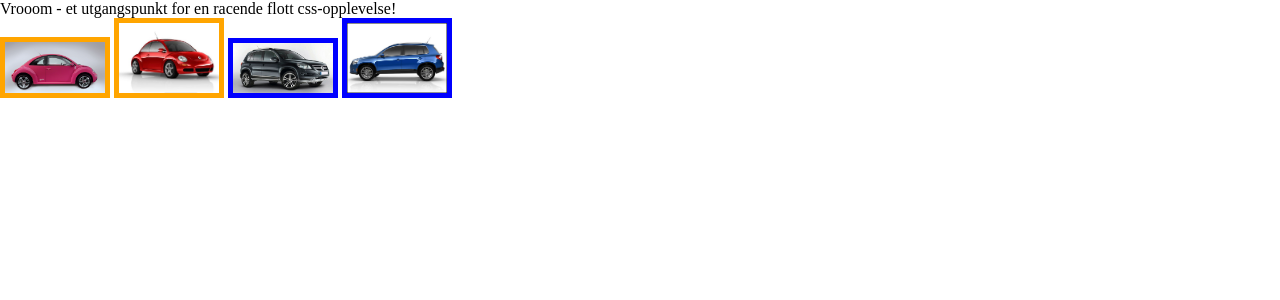
Repository: mesan/css-kurs
Page: kode/wroom/index.html
An editor plug-in stored every save of this project. The page is shown before and after the next save, followed by the edit.
The browser window is 1280 px wide. The pictures show the whole page.

Above is the page before, as saved 2013-01-17 11:07:06.

### kode/wroom/index.html
<!DOCTYPE html>
<html lang="en">
	<head>
		<meta charset="utf-8" />
		<link rel="stylesheet" type="text/css" href="styles/reset.css"/>
		<link rel="stylesheet" type="text/css" href="styles/examples.css"/>

		<!-- Always force latest IE rendering engine (even in intranet) & Chrome Frame
		Remove this if you use the .htaccess -->
		<meta http-equiv="X-UA-Compatible" content="IE=edge,chrome=1" />

		<title>Vrooom!</title>
		<meta name="description" content="" />
		<meta name="viewport" content="width=device-width; initial-scale=1.0" />

	</head>

	<body>
		<div>
			<header>
				<h1>Vrooom - et utgangspunkt for en racende flott css-opplevelse!</h1>
			</header>

			<div>
				<!--fjernes-->
				<img src="images/volkswagen-beetle-pink.jpg" />
				<img src="images/volkswagen-beetle-red.jpg" />
				<img src="images/volkswagen-tiguan-nero.jpg" />
				<img src="images/volkswagen-tiguan.jpg" />

			</div>

			<footer>
				<p>

				</p>
			</footer>
		</div>
	</body>
</html>

### kode/wroom/styles/reset.css
@charset "utf-8";
/* --------------------------------------------------------------
-----------------------------------------------------------------

	DEFINITIONS: HTML5 DOCTOR
	AUTHOR:      HTML5 DOCTOR
	VERSION:     2012-02-20

/*  RESET
-----------------------------------------------------------------------------------------------
===============================================================================================*/
/* http://meyerweb.com/eric/tools/css/reset/ */
html,body,div,span,applet,object,iframe,h1,h2,h3,h4,h5,h6,p,blockquote,pre,a,abbr,acronym,address,big,cite,code,del,dfn,em,img,ins,kbd,q,s,samp,small,strike,strong,sub,sup,tt,var,b,u,i,center,dl,dt,dd,ol,ul,li,fieldset,form,label,legend,table,caption,tbody,tfoot,thead,tr,th,td,article,aside,canvas,details,figcaption,figure,footer,header,hgroup,menu,nav,section,summary,time,mark,audio,video{
  margin:0;
  padding:0;
  border:0;
  outline:0;
  font-size:100%;
  font:inherit;
  vertical-align:baseline;
}
/* HTML5 display-role reset for older browsers */
article,aside,details,figcaption,figure,footer,header,hgroup,menu,nav,section{
  display:block;
}
nav ul{
  list-style:none;
}
table{
  border-collapse:collapse;
  border-spacing:0;
}

### kode/wroom/styles/examples.css
/***************
 * CSS3-selectors
 ***************/

/*Velger alle img-elementer på siden hvis src-atributt starter med "images"*/
img[src^="images"]{
	border: 5px solid orange;
}

/*Velger alle img-elementer på siden hvis src-atributt inneholder en substring av "tiguan"*/
img[src*="tiguan"]{
    border: 5px solid blue;
}

/*Velger alle img-elementer på siden hvis src-atributt slutter på .jpg*/
img[src$=".jpg"]{
    width: 100px;
}

After the next save:
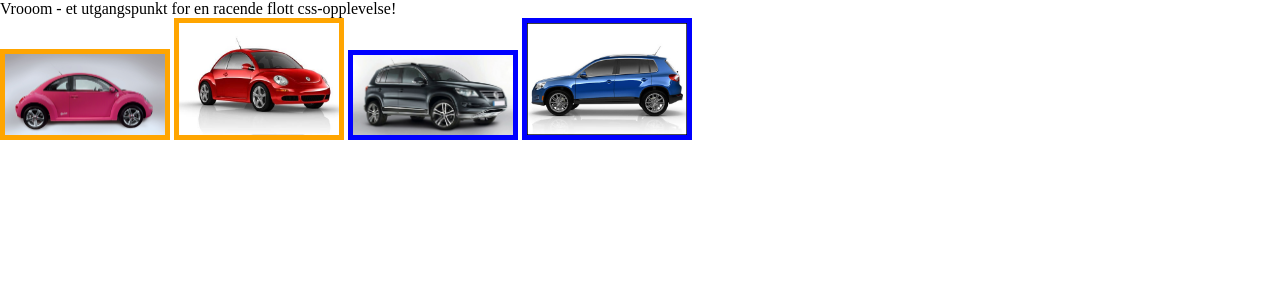
Saved 20 s later.
--- a/kode/wroom/styles/examples.css
+++ b/kode/wroom/styles/examples.css
@@ -14,5 +14,5 @@ img[src*="tiguan"]{
 
 /*Velger alle img-elementer på siden hvis src-atributt slutter på .jpg*/
 img[src$=".jpg"]{
-    width: 100px;
+    width: 10em;
 }
